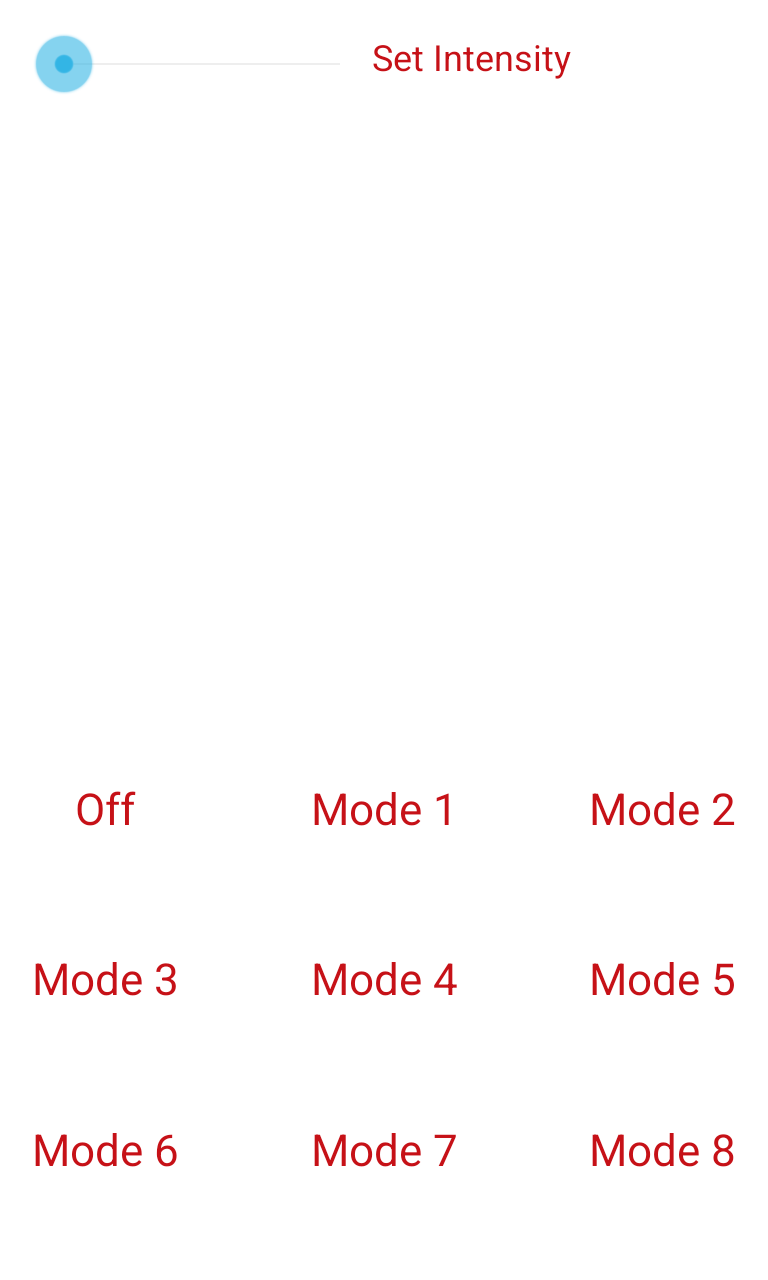
Repository: DigitasLabsParis/UnicornHorn
Layout: AndroidApp/UnicHorn/res/layout/activity_main.xml
These files come from the project's save history. The layout is drawn as it stood at one moment and after the next save; the edit follows.
It is drawn on a 768 x 1280 px phone screen (xhdpi) without system bars, with theme AppTheme; the app's code is not run.

Above is the layout before, as saved 2015-01-06 15:40:04.

### AndroidApp/UnicHorn/res/layout/activity_main.xml
<RelativeLayout xmlns:android="http://schemas.android.com/apk/res/android"
    xmlns:tools="http://schemas.android.com/tools"
    android:layout_width="match_parent"
    android:layout_height="match_parent"
    android:paddingBottom="@dimen/activity_vertical_margin"
    android:paddingLeft="@dimen/activity_horizontal_margin"
    android:paddingRight="@dimen/activity_horizontal_margin"
    android:paddingTop="@dimen/activity_vertical_margin"
    tools:context="com.digitaslabsparis.unichorn.MainActivity" >

    <GridLayout
        android:layout_width="fill_parent"
        android:layout_height="wrap_content"
        android:layout_alignParentTop="true"
        android:columnCount="2"
        android:rowCount="1" >

        <SeekBar
            android:id="@+id/seekBar1"
            android:layout_width="170dp"
            android:layout_column="0"
            android:layout_row="0" />

         <TextView
             android:id="@+id/textView0"
             android:layout_column="1"
             android:layout_gravity="left|top"
             android:layout_row="0"
             android:gravity="center"
             android:text="Set Intensity"
             android:textAppearance="?android:attr/textAppearanceMedium"
             android:textColor="#C61117" />

    </GridLayout>

    <GridLayout
        android:layout_width="fill_parent"
        android:layout_height="200dp"
        android:layout_alignParentBottom="true"
        android:layout_centerHorizontal="true"
        android:layout_marginBottom="35dp"
        android:columnCount="3"
        android:rowCount="3" >

        <TextView
            android:id="@+id/textView1"
            android:layout_column="0"
            android:layout_gravity="fill"
            android:layout_row="0"
            android:gravity="center"
            android:text="Off"
            android:textAppearance="?android:attr/textAppearanceLarge"
            android:textColor="#C61117" />

        <TextView
            android:id="@+id/textView2"
            android:layout_column="1"
            android:layout_gravity="fill"
            android:layout_row="0"
            android:gravity="center"
            android:text="Mode 1"
            android:textAppearance="?android:attr/textAppearanceLarge"
            android:textColor="#C61117" />

        <TextView
            android:id="@+id/textView3"
            android:layout_column="2"
            android:layout_gravity="fill"
            android:layout_row="0"
            android:gravity="center"
            android:text="Mode 2"
            android:textAppearance="?android:attr/textAppearanceLarge"
            android:textColor="#C61117" />

        <TextView
            android:id="@+id/textView4"
            android:layout_column="0"
            android:layout_gravity="fill"
            android:layout_row="1"
            android:gravity="center"
            android:text="Mode 3"
            android:textAppearance="?android:attr/textAppearanceLarge"
            android:textColor="#C61117" />

        <TextView
            android:id="@+id/textView5"
            android:layout_column="1"
            android:layout_gravity="fill"
            android:layout_row="1"
            android:gravity="center"
            android:text="Mode 4"
            android:textAppearance="?android:attr/textAppearanceLarge"
            android:textColor="#C61117" />

        <TextView
            android:id="@+id/textView6"
            android:layout_column="2"
            android:layout_gravity="fill"
            android:layout_row="1"
            android:gravity="center"
            android:text="Mode 5"
            android:textAppearance="?android:attr/textAppearanceLarge"
            android:textColor="#C61117" />

        <TextView
            android:id="@+id/textView7"
            android:layout_column="0"
            android:layout_gravity="fill"
            android:layout_row="2"
            android:gravity="center"
            android:text="Mode 6"
            android:textAppearance="?android:attr/textAppearanceLarge"
            android:textColor="#C61117" />

        <TextView
            android:id="@+id/textView8"
            android:layout_column="1"
            android:layout_gravity="fill"
            android:layout_row="2"
            android:gravity="center"
            android:text="Mode 7"
            android:textAppearance="?android:attr/textAppearanceLarge"
            android:textColor="#C61117" />

        <TextView
            android:id="@+id/textView9"
            android:layout_column="2"
            android:layout_row="2"
            android:gravity="center"
            android:text="Mode 8"
            android:textAppearance="?android:attr/textAppearanceLarge"
            android:textColor="#C61117" />
    </GridLayout>

</RelativeLayout>

### AndroidApp/UnicHorn/res/values/styles.xml
<resources>

    <!--
        Base application theme, dependent on API level. This theme is replaced
        by AppBaseTheme from res/values-vXX/styles.xml on newer devices.
    -->
    <style name="AppBaseTheme" parent="android:Theme.Holo.Light.NoActionBar">
        <!--
            Theme customizations available in newer API levels can go in
            res/values-vXX/styles.xml, while customizations related to
            backward-compatibility can go here.
        -->
    </style>

    <!-- Application theme. -->
    <style name="AppTheme" parent="AppBaseTheme">
        <!-- All customizations that are NOT specific to a particular API-level can go here. -->

    </style>

</resources>

### AndroidApp/UnicHorn/res/values/dimens.xml
<resources>

    <!-- Default screen margins, per the Android Design guidelines. -->
    <dimen name="activity_horizontal_margin">16dp</dimen>
    <dimen name="activity_vertical_margin">16dp</dimen>
	<dimen name="bluetooth_spp_text_size">18sp</dimen>
    <dimen name="bluetooth_spp_padding">5dp</dimen>
</resources>

After the next save:
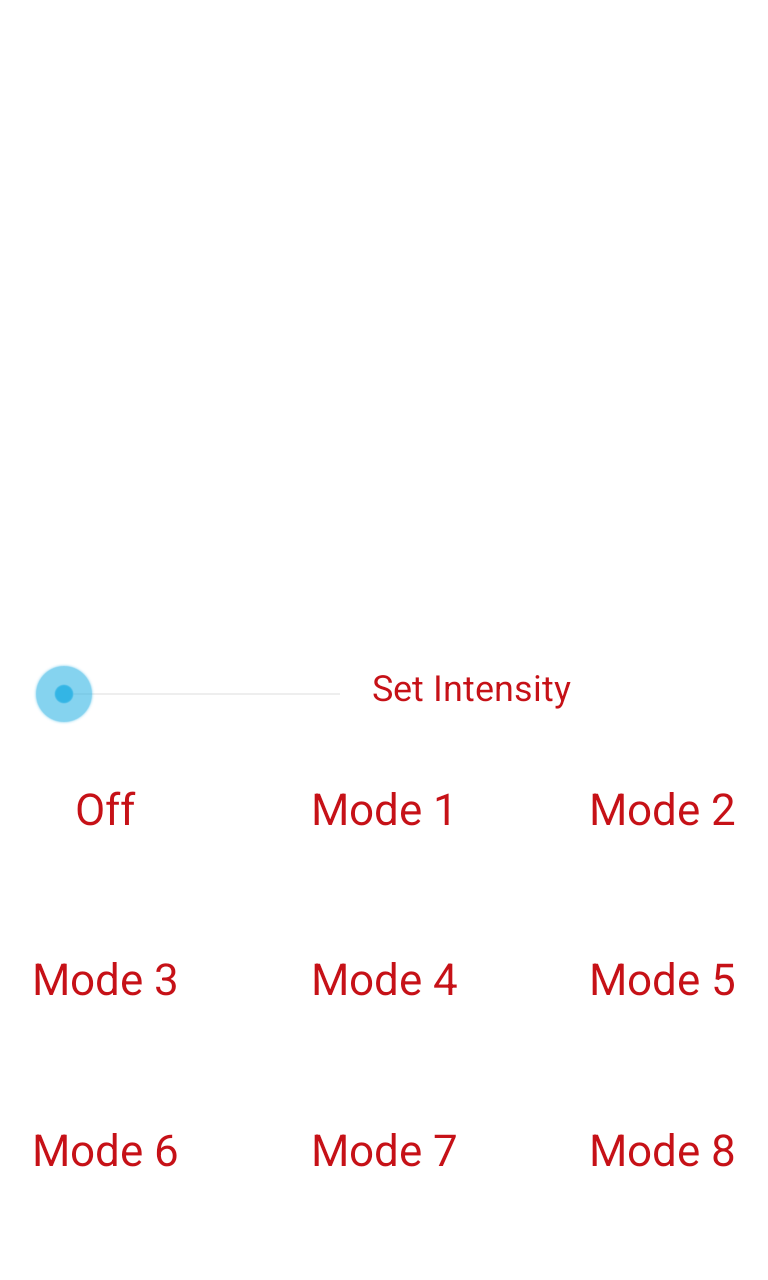
Saved 7 s later.
--- a/AndroidApp/UnicHorn/res/layout/activity_main.xml
+++ b/AndroidApp/UnicHorn/res/layout/activity_main.xml
@@ -9,31 +9,7 @@
     tools:context="com.digitaslabsparis.unichorn.MainActivity" >
 
     <GridLayout
-        android:layout_width="fill_parent"
-        android:layout_height="wrap_content"
-        android:layout_alignParentTop="true"
-        android:columnCount="2"
-        android:rowCount="1" >
-
-        <SeekBar
-            android:id="@+id/seekBar1"
-            android:layout_width="170dp"
-            android:layout_column="0"
-            android:layout_row="0" />
-
-         <TextView
-             android:id="@+id/textView0"
-             android:layout_column="1"
-             android:layout_gravity="left|top"
-             android:layout_row="0"
-             android:gravity="center"
-             android:text="Set Intensity"
-             android:textAppearance="?android:attr/textAppearanceMedium"
-             android:textColor="#C61117" />
-
-    </GridLayout>
-
-    <GridLayout
+        android:id="@+id/gridLayout1"
         android:layout_width="fill_parent"
         android:layout_height="200dp"
         android:layout_alignParentBottom="true"
@@ -132,4 +108,30 @@
             android:textColor="#C61117" />
     </GridLayout>
 
+    <GridLayout
+        android:layout_width="fill_parent"
+        android:layout_height="wrap_content"
+        android:layout_above="@+id/gridLayout1"
+        android:layout_alignLeft="@+id/gridLayout1"
+        android:layout_marginBottom="26dp"
+        android:columnCount="2"
+        android:rowCount="1" >
+
+        <SeekBar
+            android:id="@+id/seekBar1"
+            android:layout_width="170dp"
+            android:layout_column="0"
+            android:layout_row="0" />
+
+        <TextView
+            android:id="@+id/textView0"
+            android:layout_column="1"
+            android:layout_gravity="left|top"
+            android:layout_row="0"
+            android:gravity="center"
+            android:text="Set Intensity"
+            android:textAppearance="?android:attr/textAppearanceMedium"
+            android:textColor="#C61117" />
+    </GridLayout>
+
 </RelativeLayout>
